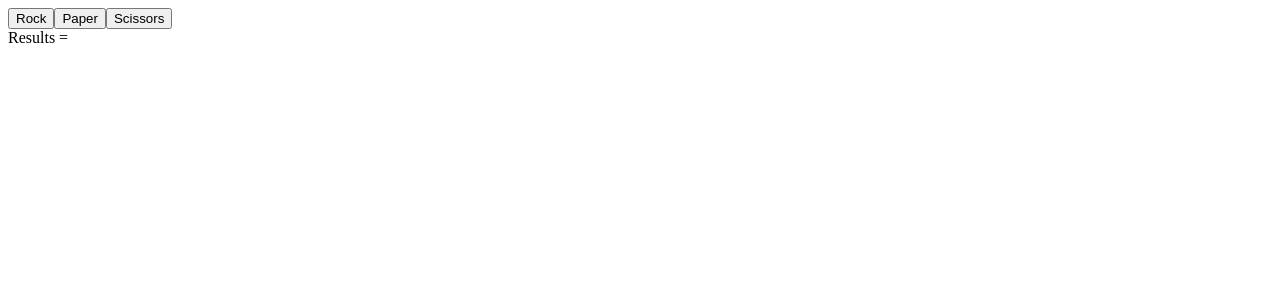
Repository: weazzyefff/Rock-Paper-Scissors
Page: rock-paper-scissors.html
The author's editor kept a copy of each file at every save. The page is drawn from the files as they stood at one save, then again after the next save.
The browser window is 1280 px wide. The pictures show the whole page.
After loading, the first visible `button` was clicked once.

Above is the page before, as saved 2022-11-29 15:24:44.

### rock-paper-scissors.html
<!DOCTYPE html>
<html>

<head>
    <meta charset="utf-8">
    <meta name="viewport" content="width=device-width, initial-scale=1">
    <title>Rock-Paper-Scissors</title>
</head>

<body>


    <script src="script.js"></script>
</body>

</html>

### script.js

//Declaring global variables
let playerScore = 0;
let computerScore = 0;

//Create Rock button
let rbutton = document.createElement("button");
rbutton.textContent = 'Rock'
document.body.appendChild(rbutton);
//Add listener event
rbutton.addEventListener("click", () => {
    playerSelection = 'ROCK'
    playRound();
});

//Create Paper button
let pbutton = document.createElement("button");
pbutton.textContent = 'Paper'
document.body.appendChild(pbutton);
//Add listener event
pbutton.addEventListener("click", () => {
    playerSelection = 'PAPER'
    playRound();
});


//Create Scissors button
let sbutton = document.createElement("button");
sbutton.textContent = 'Scissors'
document.body.appendChild(sbutton);
//Add listener event
sbutton.addEventListener("click", () => {
    playerSelection = 'SCISSORS'
    playRound();
});

let resultDiv = document.createElement("div");
resultDiv.textContent = 'Results ='
document.body.appendChild(resultDiv);

function playRound() {
    let computerSelection = getComputerChoice();
    if (computerSelection === playerSelection) {
        console.log('You drew!');

    } else if (computerSelection === 'ROCK' && playerSelection === 'PAPER') {
        console.log('You Win! Paper beats Rock!');
        playerScore++;


    } else if (computerSelection === 'ROCK' && playerSelection === 'SCISSORS') {
        console.log('You Lose! Rock beats Scissors!');
        computerScore++;

    } else if (computerSelection === 'PAPER' && playerSelection === 'ROCK') {
        console.log('You Lose! Paper beats Rock!');
        computerScore++;

    } else if (computerSelection === 'PAPER' && playerSelection === 'SCISSORS') {
        console.log('You Win! Scissors beats Paper!');
        playerScore++;


    } else if (computerSelection === 'SCISSORS' && playerSelection === 'ROCK') {
        console.log('You Win! Rock beats Scissors!');
        playerScore++;


    } else if (computerSelection === 'SCISSORS' && playerSelection === 'PAPER') {
        console.log('You Lose! Scissors beats paper!');
        computerScore++;
        //0 + 1 = 1

    }


}
function getComputerChoice() {
    const cpuChoices = ['Rock', 'Paper', 'Scissors'];
    const random = Math.floor(Math.random() * cpuChoices.length);
    const computerSelection = (cpuChoices[random]).toUpperCase();
    console.log(`Inside getComputerChoice() and we log: ${computerSelection}`);
    return computerSelection;
}

After the next save:
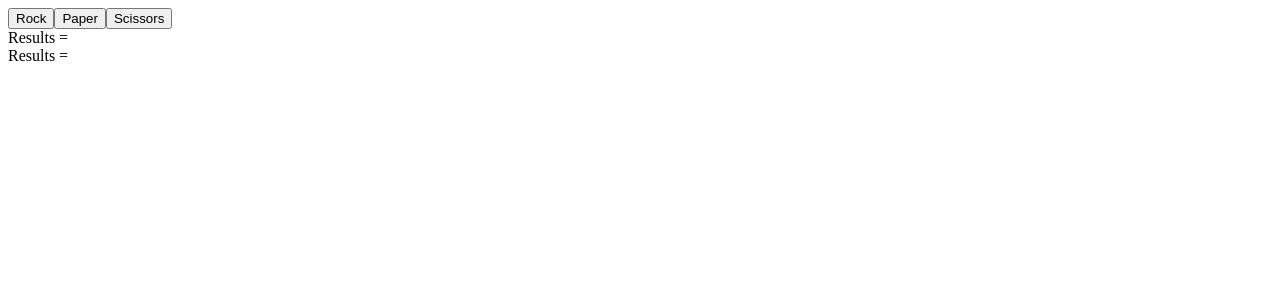
Saved 111 min 18 s later.
--- a/script.js
+++ b/script.js
@@ -41,7 +41,11 @@ document.body.appendChild(resultDiv);
 function playRound() {
     let computerSelection = getComputerChoice();
     if (computerSelection === playerSelection) {
+
         console.log('You drew!');
+        let div = document.createElement("div");
+        div.textContent = 'Results ='
+        document.body.appendChild(div);
 
     } else if (computerSelection === 'ROCK' && playerSelection === 'PAPER') {
         console.log('You Win! Paper beats Rock!');
